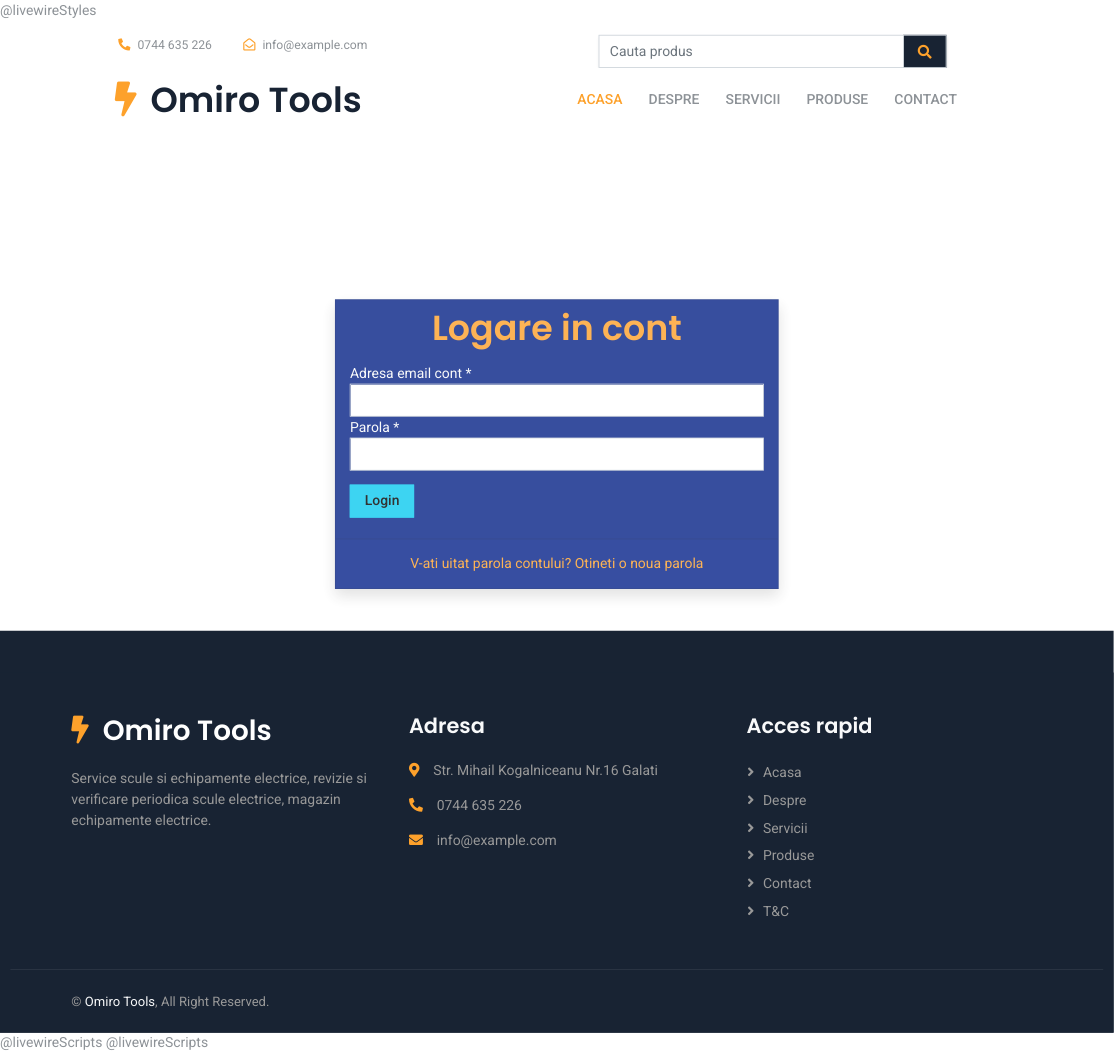
Repository: sorina0109/laravel_test
Page: http://localhost/login
These files come from the project's save history. The page is drawn as it stood at one moment and after the next save; the edit follows.
The browser window is 1280 px wide. The pictures show the whole page, at 87% of full size.
Some web libraries are served in a nearby version. The page is served by the project's Laravel application, run on PHP 8.4 with Laravel 10.

Above is the page before, as saved 2023-08-15 15:39:03.

After the next save:
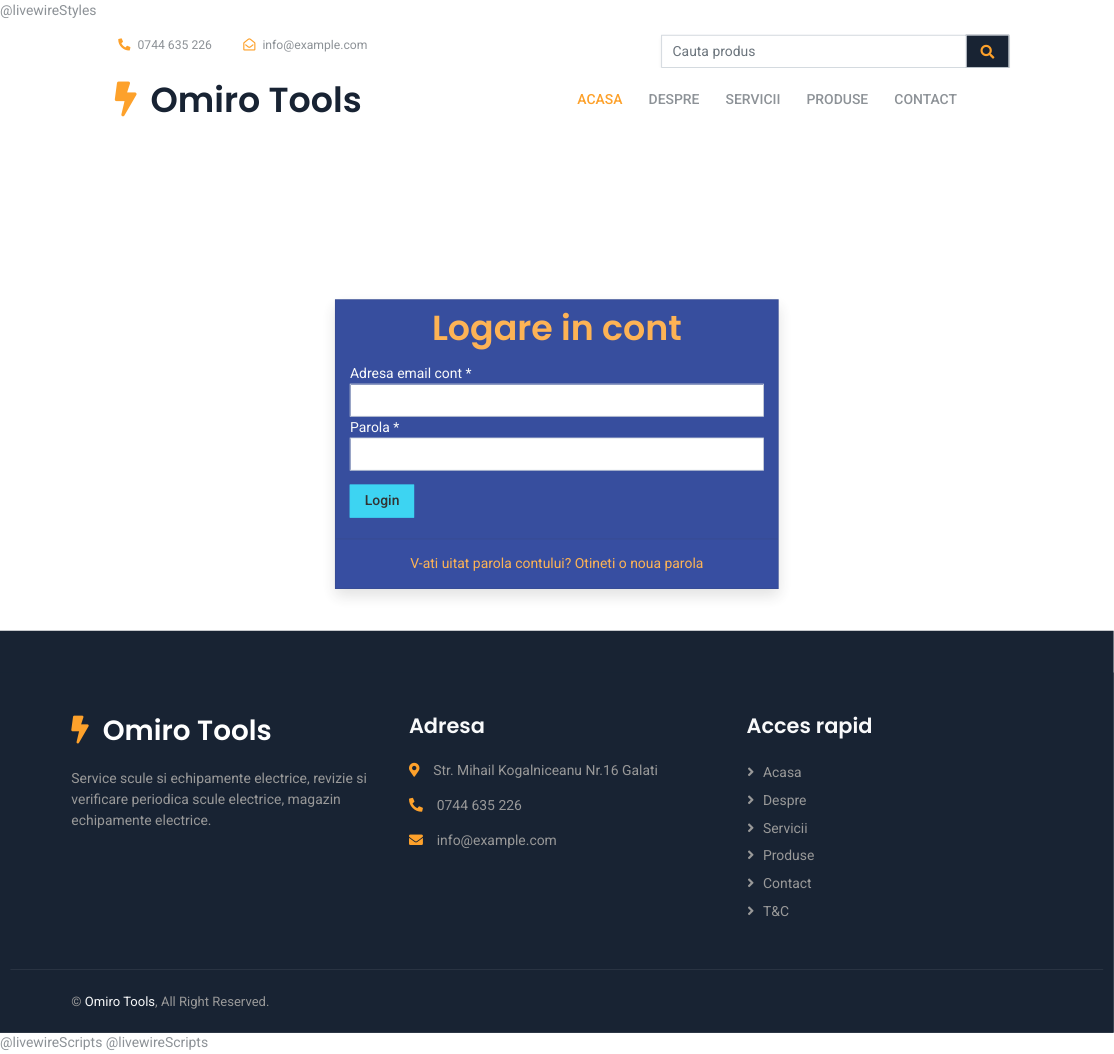
Saved 22 s later.
--- a/resources/views/front/partials/topbar.blade.php
+++ b/resources/views/front/partials/topbar.blade.php
@@ -15,7 +15,7 @@
                 <small>Luni - Vineri : 08.30 - 17.30</small>
             </div>
         </div>
-        <div class="col-lg-5 d-none d-lg-block text-end px-5 pt-3" >
+        <div class="col-lg-6 d-none d-lg-block text-end px-5 pt-3" >
             <form style="display: inline-block;" action="{{ route('search') }}" method="GET" id="search-bar">
                 <div class="input-group shadow-sm" style="width: 400px;">
                     <input name="search_product" type="text" class="form-control " placeholder="Cauta produs" >
